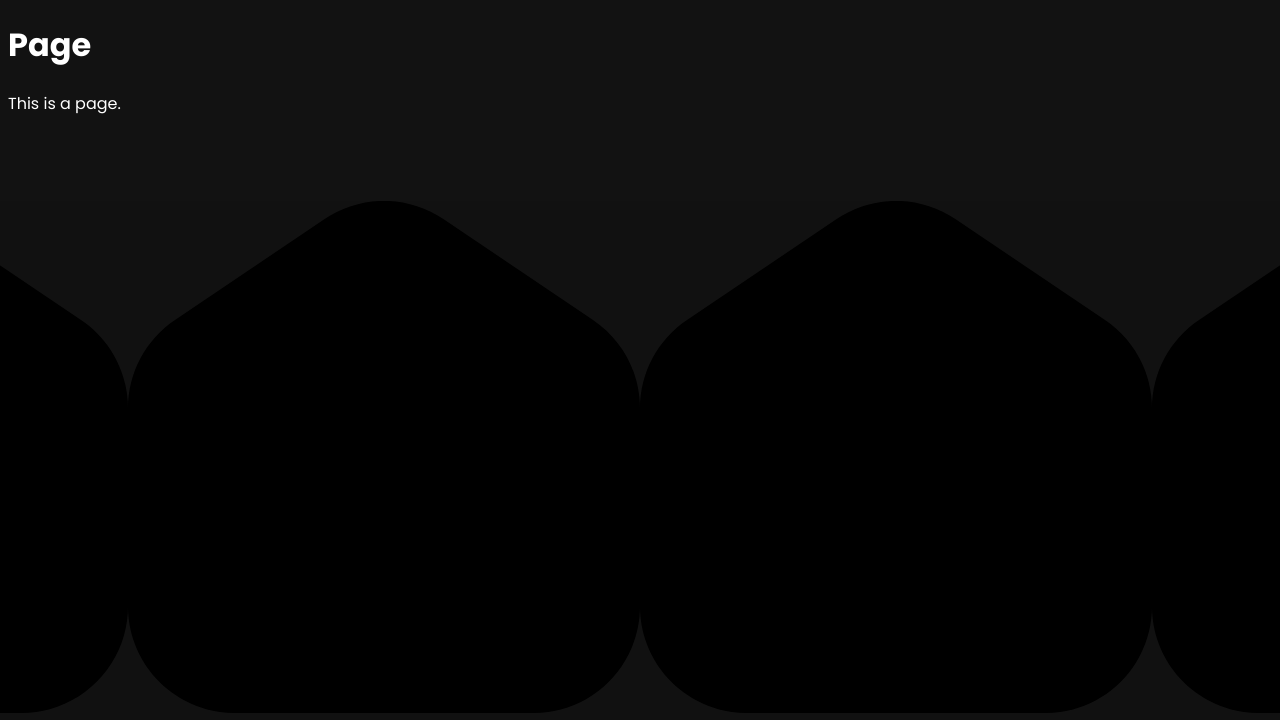
Repository: NubbDev/anime-frontend
Page: /
An editor plug-in stored every save of this project. The page is shown before and after the next save, followed by the edit.
The browser window is 1280 px wide. The pictures show the whole page.
The project was rebuilt for these pictures with package versions that can differ from the ones it lists, and the page was loaded fresh each time. The framework's server and built-in components were replaced by stand-ins that run in the browser. Also part of the build but not shown: svelte.config.js, vite.config.js.

Above is the page before, as saved 2024-08-08 01:12:02.

After the next save:
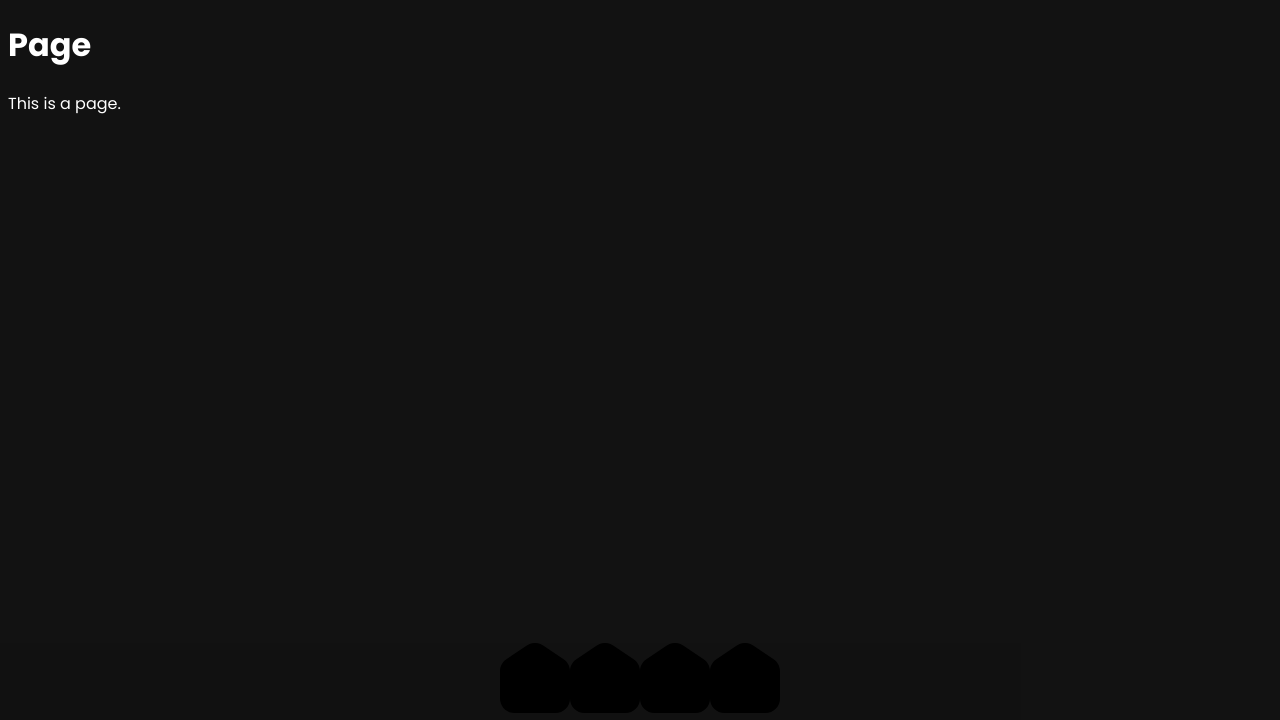
Saved 58 s later.
--- a/src/components/navigation/NavBar.svelte
+++ b/src/components/navigation/NavBar.svelte
@@ -51,4 +51,9 @@
         background-color: rgba(18, 18, 18, 0.8);
         backdrop-filter: 16;
     }
+
+    nav a img {
+        width: 70px;
+        height: 70px;
+    }
 </style>
